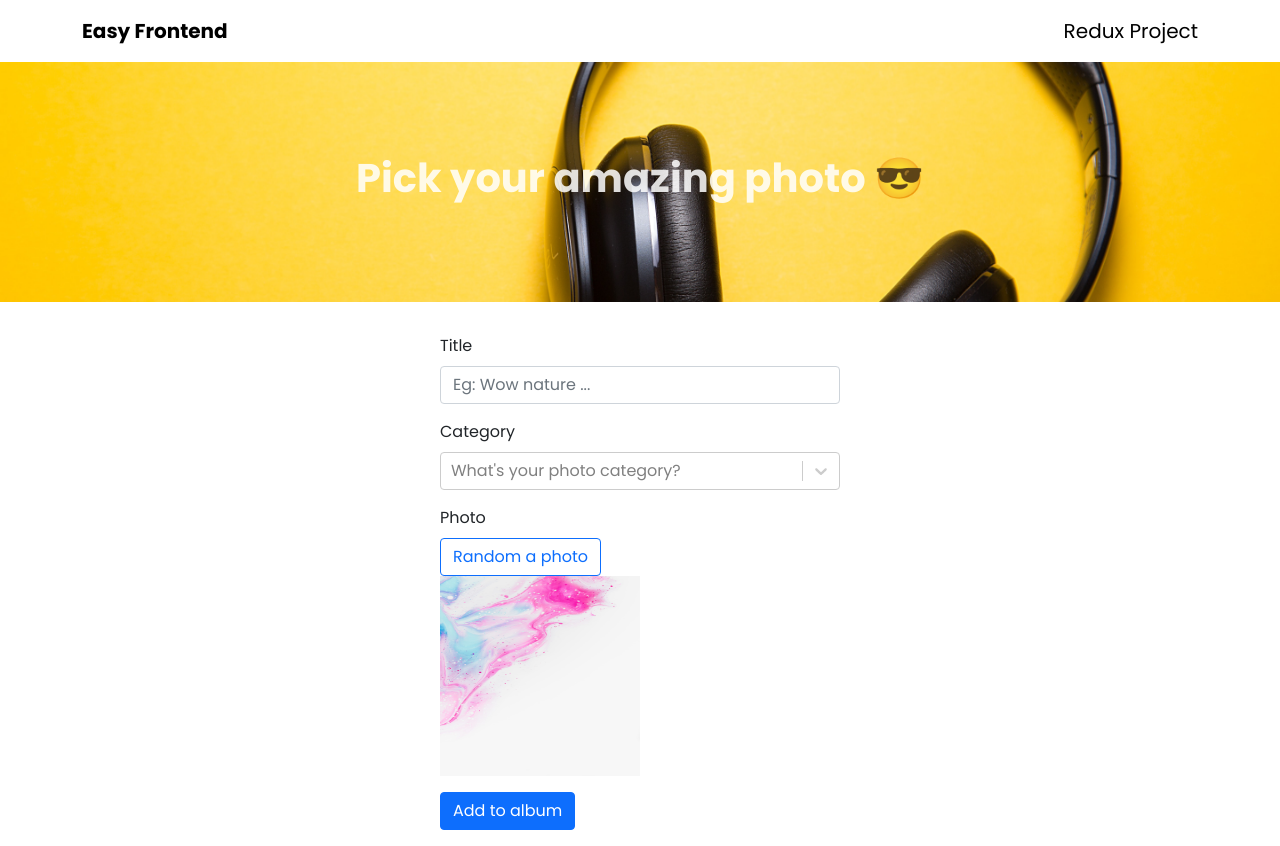
Repository: duckhai80/Redux-photo-app
Page: /photos/add
An editor plug-in stored every save of this project. The page is shown before and after the next save, followed by the edit.
The browser window is 1280 px wide. The pictures show the whole page.
The project was rebuilt for these pictures with package versions that can differ from the ones it lists, and the page was loaded fresh each time. Also part of the build but not shown: src/App.css, src/components/NotFound/index.jsx.

Above is the page before, as saved 2021-10-29 14:46:02.

After the next save:
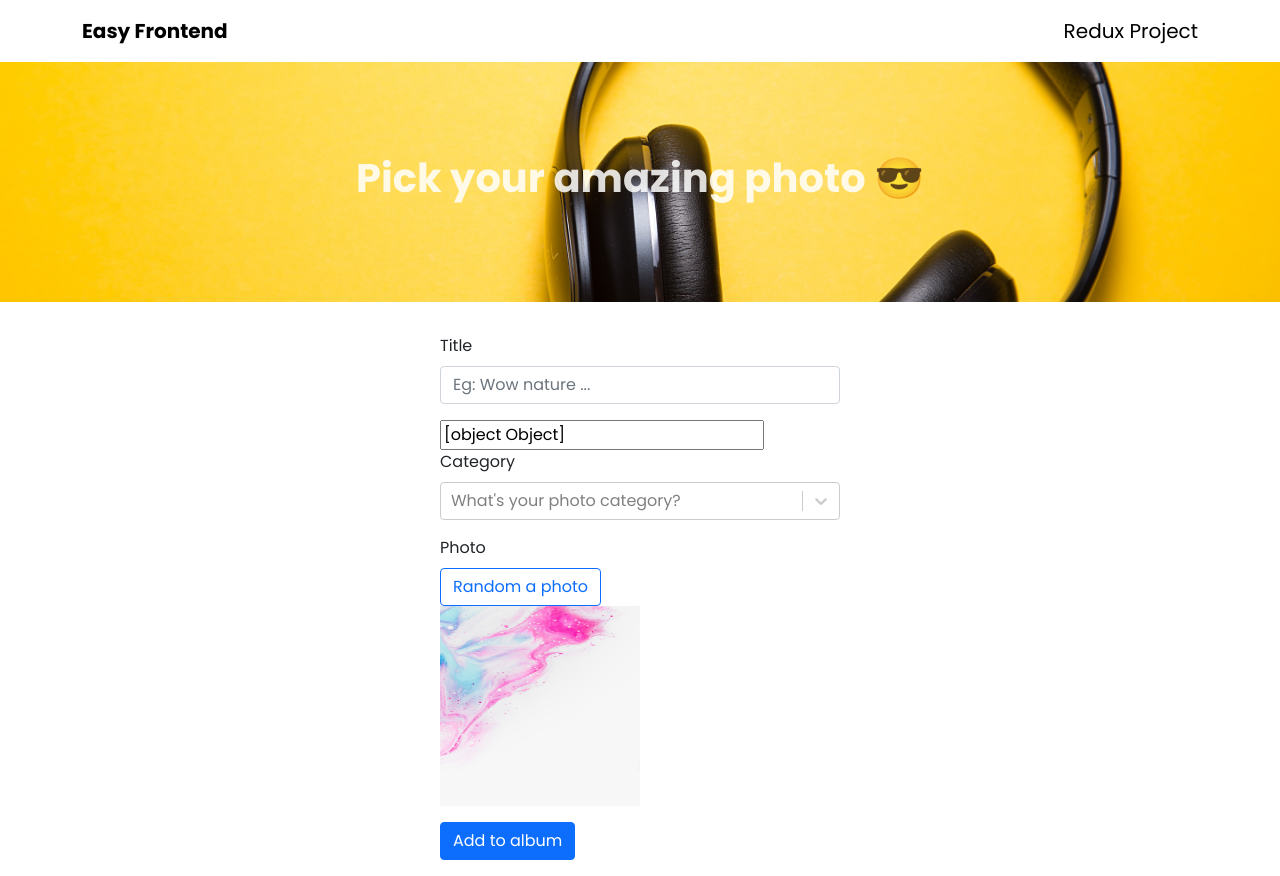
Saved 16 s later.
--- a/src/features/Photo/components/PhotoForm/index.jsx
+++ b/src/features/Photo/components/PhotoForm/index.jsx
@@ -34,6 +34,8 @@ function PhotoForm(props) {
               label="Title"
               placeholder="Eg: Wow nature ..."
             />
+
+            <FastField></FastField>
 
             <FormGroup>
               <Label for="categoryId">Category</Label>
